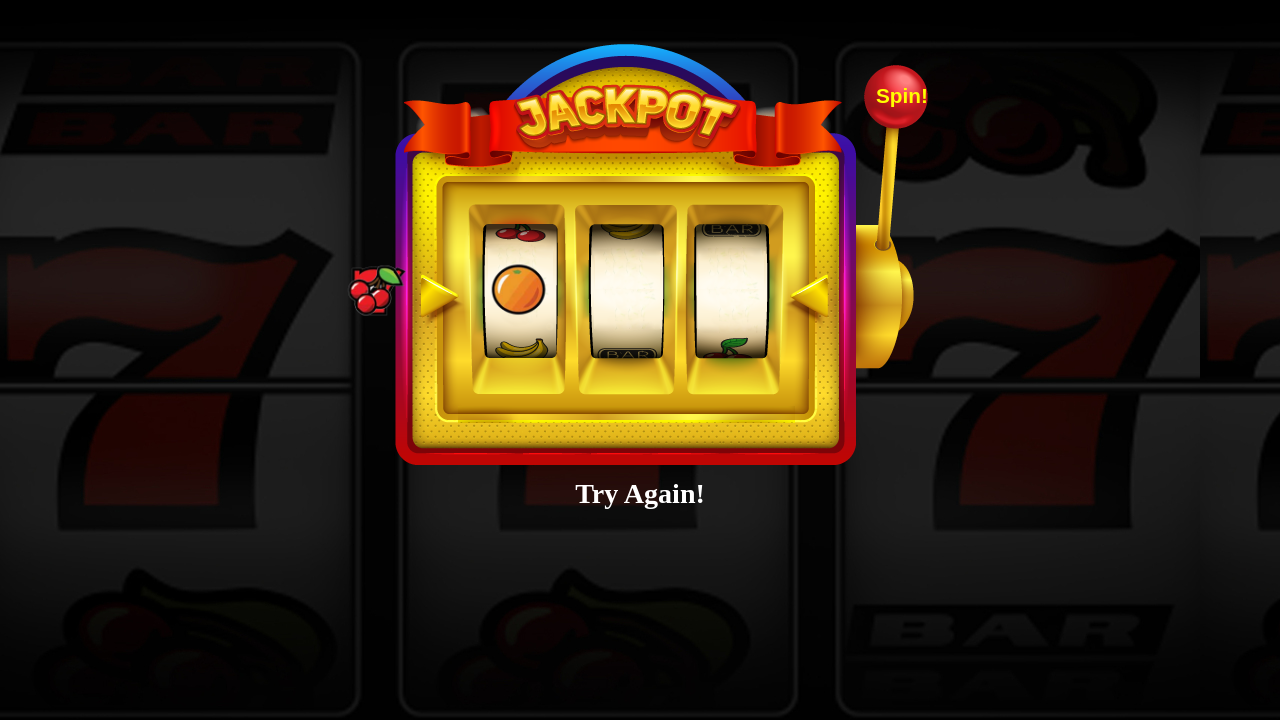
Repository: granolavsraosins/CST336
Page: http://localhost/
The author's editor kept a record of every edit. The page is drawn from the files as they stood at one moment, then again after the next edit.
The browser window is 1280 px wide. The pictures show the whole page.
Some web fonts or font styles are not loaded; a fallback is used. The page is run by PHP 8.4 with error messages shown; the project is at /var/www/html/.

Above is the page before.

### rramirezlab2/index.php
<!DOCTYPE html>
<html>
    <head>
        <style type="text/css">
            @import url("css/styles.css");
        </style>
        <title> 777 Slot Machine </title>
    </head>
    <body>
    <?php include 'inc/functions.php'; ?>
    <div id="main">
        <?php
            play();
        ?>
        <form>
            <input type="submit" value="Spin!"/>
        </form>
    </div>
    </body>
</html>

### rramirezlab2/inc/functions.php
<?php
    /*
    for ($i=1;$i<4;$i++){
        ${"randomValue" . $i}=rand(0,2);
        displaySymbol(${"randomValue" . $i}, $i);
    }
    displayPoints($randomValue1,$randomValue2,$randomValue3);
    */
    function displaySymbol($randomValue, $pos){
        switch($randomValue){
            case 0: $symbol = "seven";
                break;
            case 1: $symbol = "cherry";
                break;
            case 2: $symbol = "lemon";
                break;
            case 3: $symbol = "orange";
                break;
        }
        echo "<img id='reel$pos' src='img/$symbol.png' alt='$symbol' title='" . ucfirst($symbol)."' width='70'>";
    }
    function displayPoints($randomValue1, $randomValue2, $randomValue3){
        echo "<div id='output'>";
        if($randomValue1 == $randomValue2 && $randomValue2 == $randomValue3){
            switch($randomValue1){
                case 0: $totalPoints = 1000;
                    echo "<h1>Jackpot!</h1>";
                    break;
                case 1: $totalPoints = 500;
                    break;
                case 2: $totalPoints = 250;
                    break;
				case 3: $totalPoints = 900;
                    break;
            }
            echo "<h2>You won $totalPoints points!</h2>";
        } else {
            echo "<h3> Try Again! </h3>";
        }
        echo "</div>";
    }

    function play(){
        for($i=1; $i<4; $i++){
            ${"randomValue" . $i} = rand(0,3);
            displaySymbol(${"randomValue" . $i}, $i);
        }
        displayPoints($randomValue1,$randomValue2,$randomValue3);
    }
?>

### rramirezlab2/css/styles.css
    @import url('https://fonts.googleapis.com/css?family=Baloo+Bhaina');

    img {
        border-radius:20px;
    }

    body {
        background-color: black;
        background-image:url("../img/bg7.jpg");
        color: white;
    }

    #main {
        font-family: 'Baloo Bhaina', cursive;
        background-image:url("../img/machine.png");
        width:600px;
        height:500px;
        position:relative;
        margin:0 auto;
    }

    #reel1, #reel2, #reel3 {
        top:248px;
        position:absolute;
    }

    #reel1{
        left:145px;
    }
    #reel{
        left:252px;
    }
    #reel{
        left:357px;
    }

    input{
        top:75px;
        left:530px;
        position:absolute;
        font-size:1.3em;
        border:none;
        outline:none; /*hides button outline when clicking on it*/
        font-weight:bold;
        color:yellow;
        cursor:pointer;
        background-color: transparent;
    }

    #output{
     width:600px;
     margin:0 auto;
     position:absolute;
     text-align:center;
     top:450px;
     font-size:1.5em;
     line-height: .7em;
    }

    footer{
        font-family: "Times New Roman", Georgia, Serif;
        font-size:.8em;
        width:600px;
        margin:0 auto;
        padding-top:10px;
    }

After the next edit:
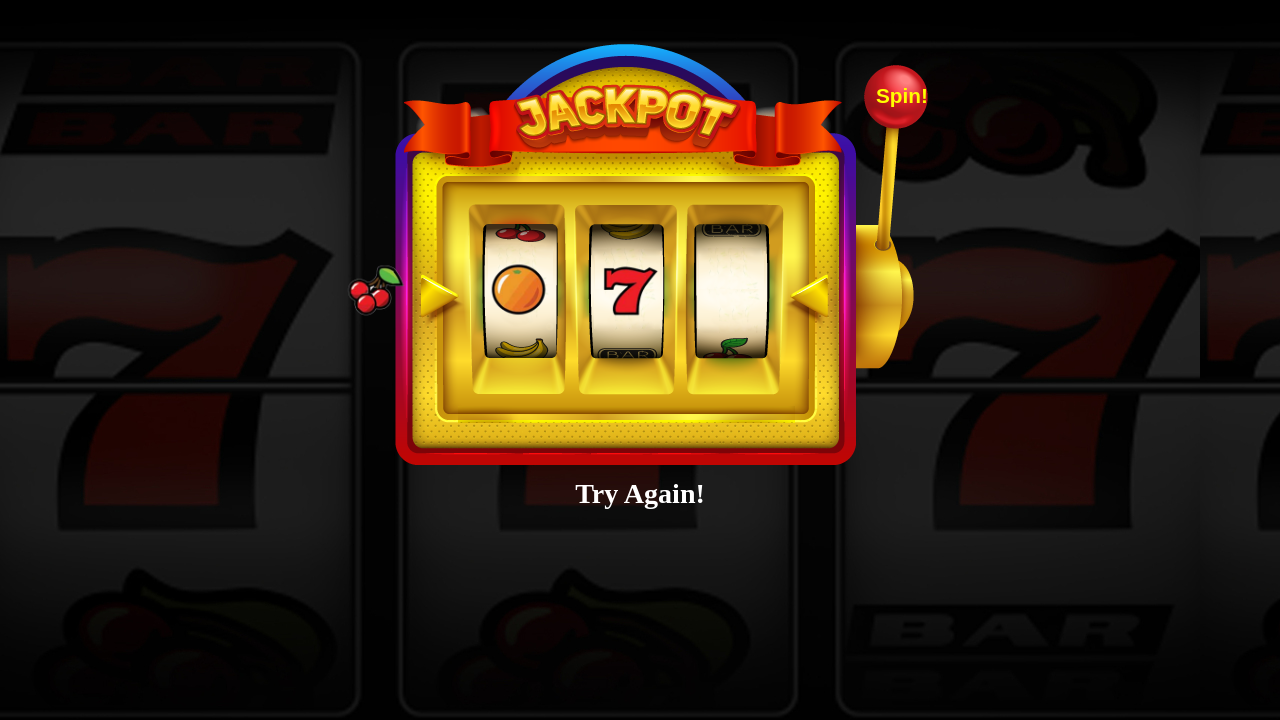
The edit:
--- a/rramirezlab2/css/styles.css
+++ b/rramirezlab2/css/styles.css
@@ -27,7 +27,7 @@
     #reel1{
         left:145px;
     }
-    #reel{
+    #reel2{
         left:252px;
     }
     #reel{
